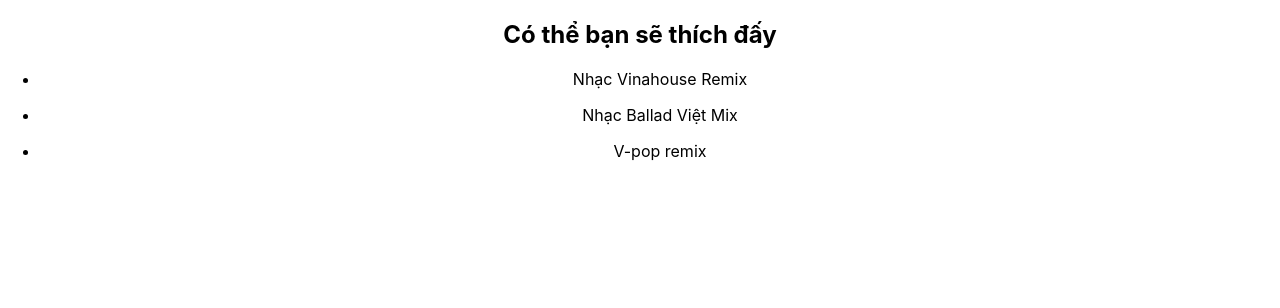
Repository: hoangttat/learn-reactjs
Page: /
An editor plug-in stored every save of this project. The page is shown before and after the next save, followed by the edit.
The browser window is 1280 px wide. The pictures show the whole page.
The project was rebuilt for these pictures with package versions that can differ from the ones it lists, and the page was loaded fresh each time. Also part of the build but not shown: src/features/Todo/components/TodoList/index.jsx, src/features/Todo/pages/index.jsx, src/features/Album/components/AlbumList/styles.scss.

Above is the page before, as saved 2022-06-30 17:28:26.

After the next save:
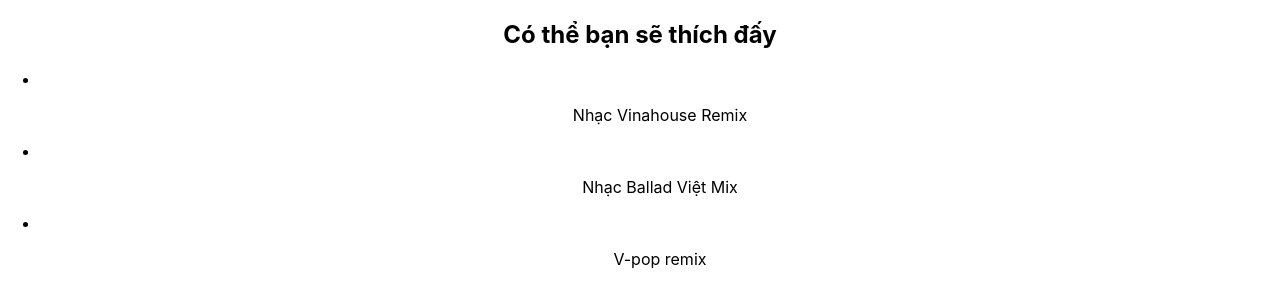
Saved 5 s later.
--- a/src/features/Album/components/Album/index.jsx
+++ b/src/features/Album/components/Album/index.jsx
@@ -9,7 +9,9 @@
 function Album({album}) {
   return (
     <div className="album">
-
+      <div>
+        <img src="" alt="" />
+      </div>
 
 
       <p>{album.name}</p>
